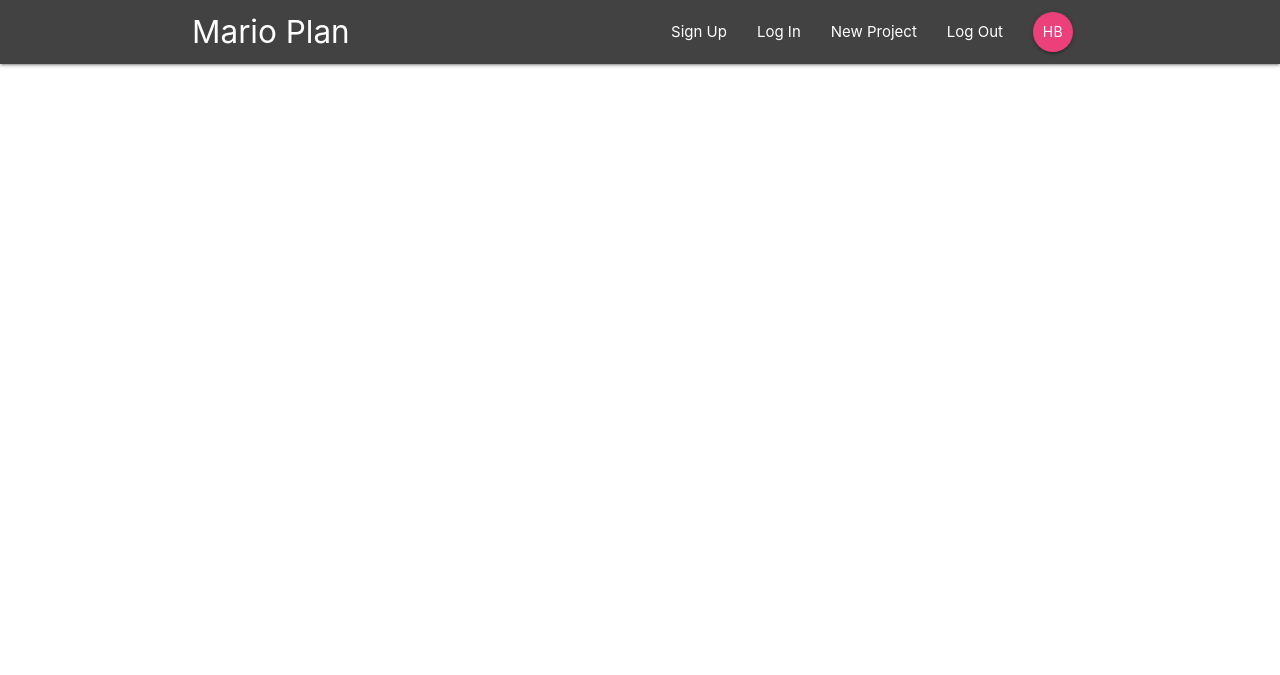
Repository: habiburrehman012/React-marioplan
Page: /singin
An editor plug-in stored every save of this project. The page is shown before and after the next save, followed by the edit.
The browser window is 1280 px wide. The pictures show the whole page.
The project was rebuilt for these pictures with package versions that can differ from the ones it lists, and the page was loaded fresh each time.

Above is the page before, as saved 2020-03-28 12:03:16.

After the next save:
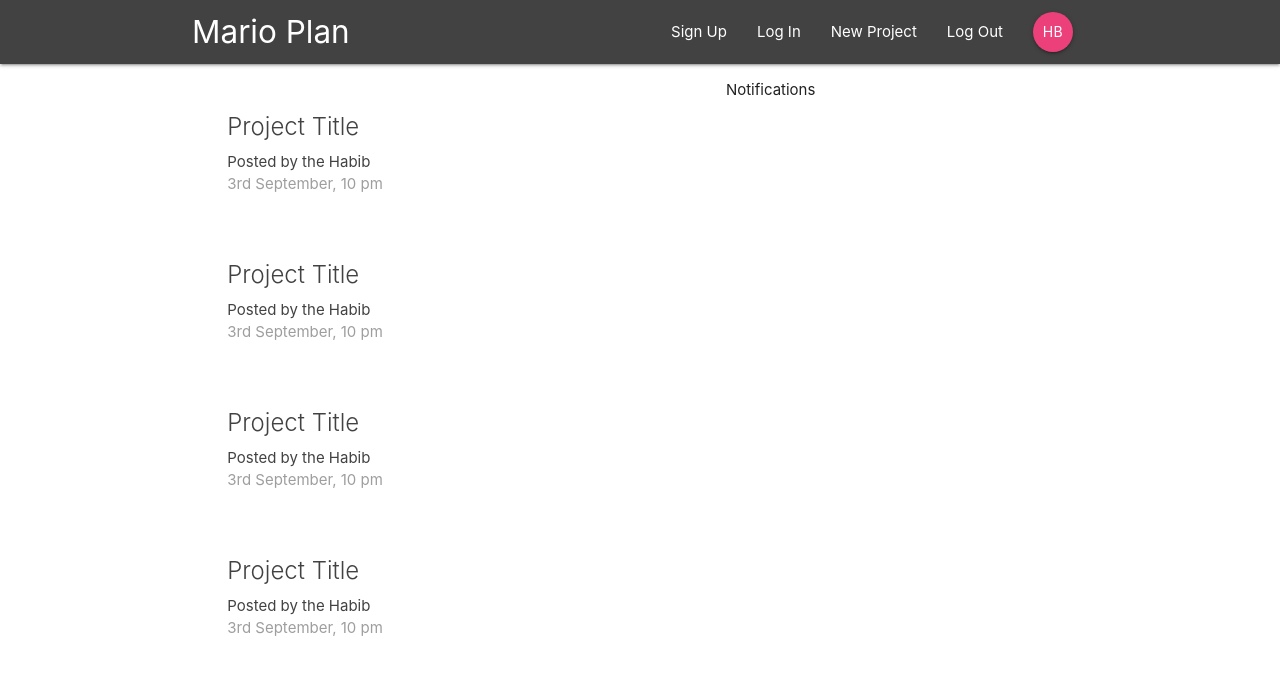
Saved 20 s later.
--- a/src/App.js
+++ b/src/App.js
@@ -9,7 +9,7 @@
       <div className="App">
         <Navbar/>
         <Switch>
-          <Route path='/dashboard' component={Dashboard}/>
+          <Route path='/' component={Dashboard}/>
         </Switch>
       </div>
     </Router>
